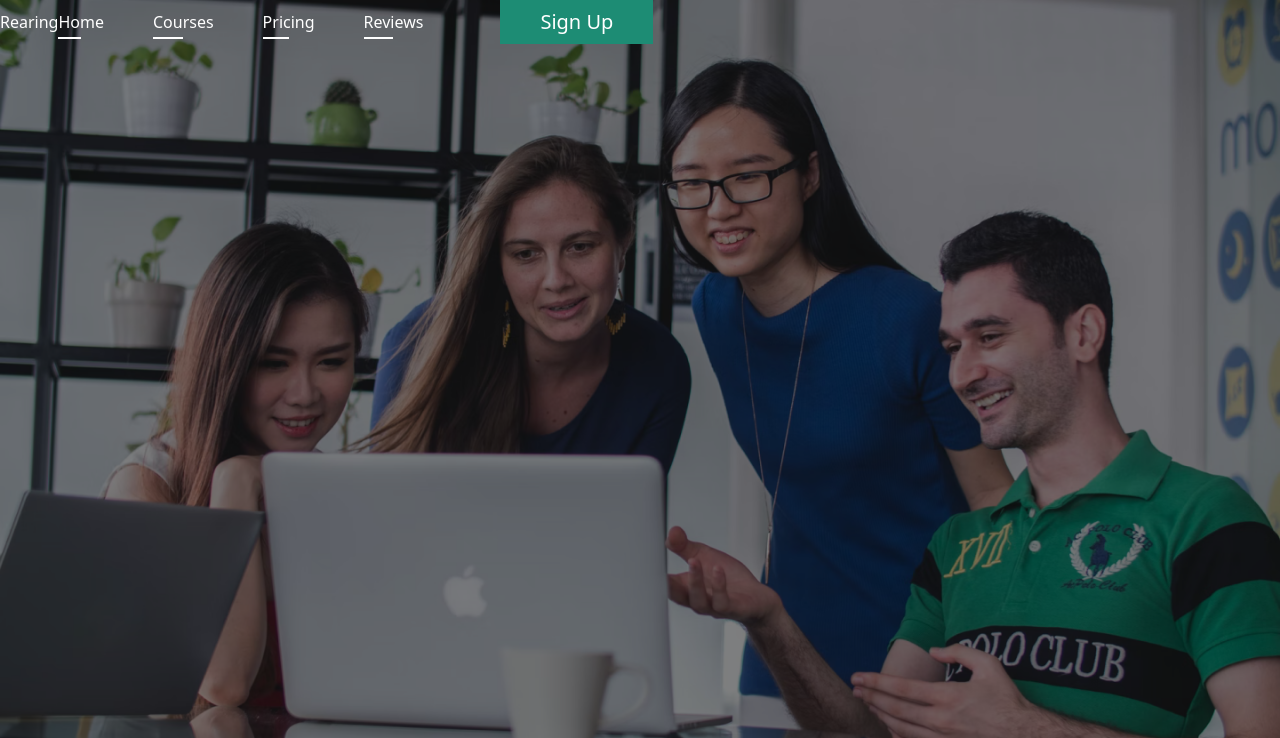
Repository: vandangnhathung/educationplatform
Page: /
These files come from the project's save history. The page is drawn as it stood at one moment and after the next save; the edit follows.
The browser window is 1280 px wide. The pictures show the whole page.
The project was rebuilt for these pictures with package versions that can differ from the ones it lists, and the page was loaded fresh each time.

Above is the page before, as saved 2022-06-20 14:54:47.

After the next save:
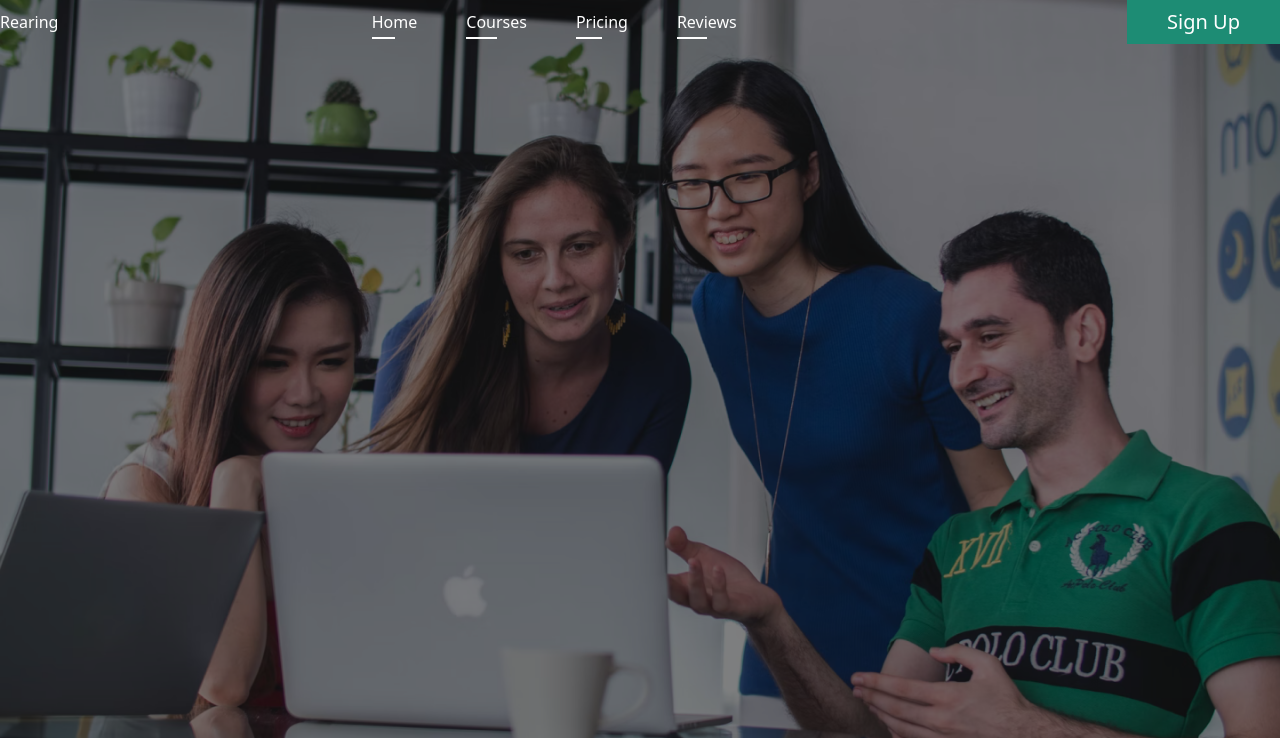
Saved 9 s later.
--- a/src/components/Header.js
+++ b/src/components/Header.js
@@ -26,7 +26,7 @@
         <div className="absolute inset-0 bg-black opacity-50"></div>
         <div class="absolute top-0  left-0 right-0 ">
           <div class="container ">
-            <div className=" text-white flex items-center justify-between">
+            <div className=" text-white ">
               <div className="flex items-center justify-between">
                 <div className="">Rearing</div>
                 <nav className="mr-[77px]">

After the save that followed:
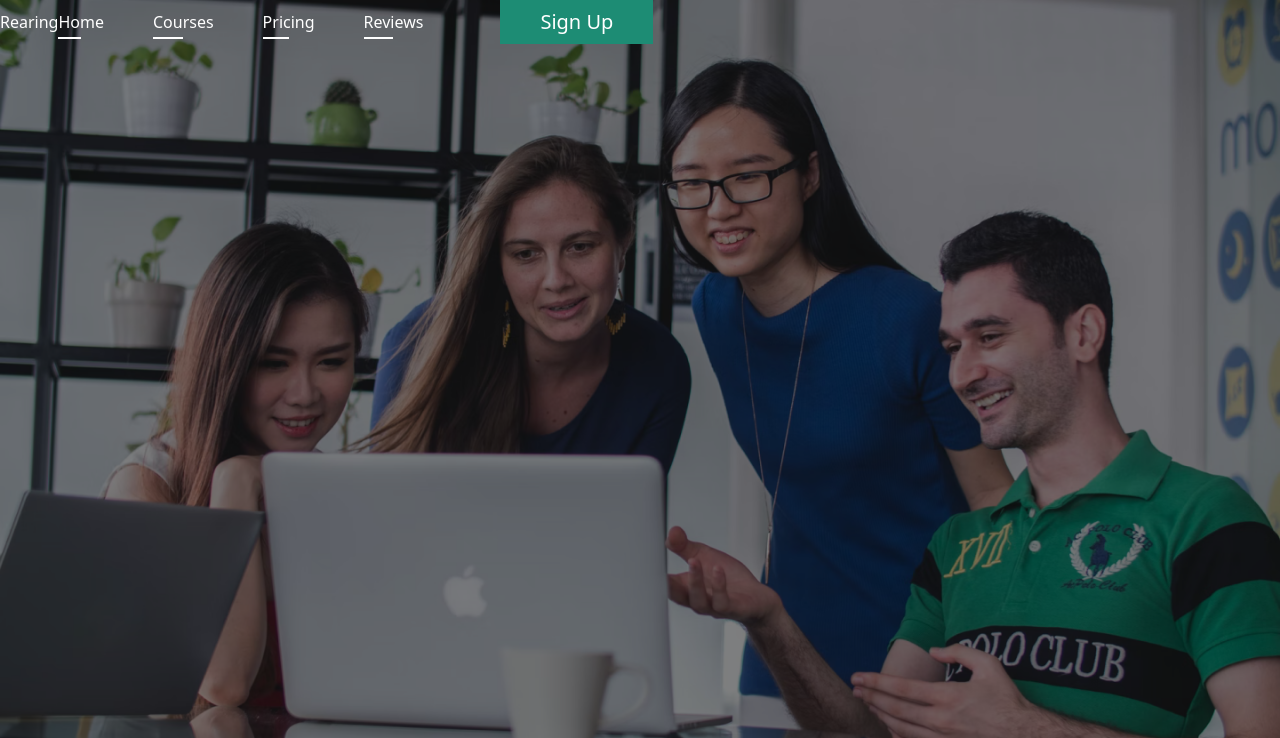
Saved 40 s later.
--- a/src/components/Header.js
+++ b/src/components/Header.js
@@ -26,8 +26,8 @@
         <div className="absolute inset-0 bg-black opacity-50"></div>
         <div class="absolute top-0  left-0 right-0 ">
           <div class="container ">
-            <div className=" text-white ">
-              <div className="flex items-center justify-between">
+            <div className=" text-white flex items-center justify-between">
+              <div className="flex items-center justify-center">
                 <div className="">Rearing</div>
                 <nav className="mr-[77px]">
                   <ul className="flex items-center justify-center gap-x-[49px] ">
